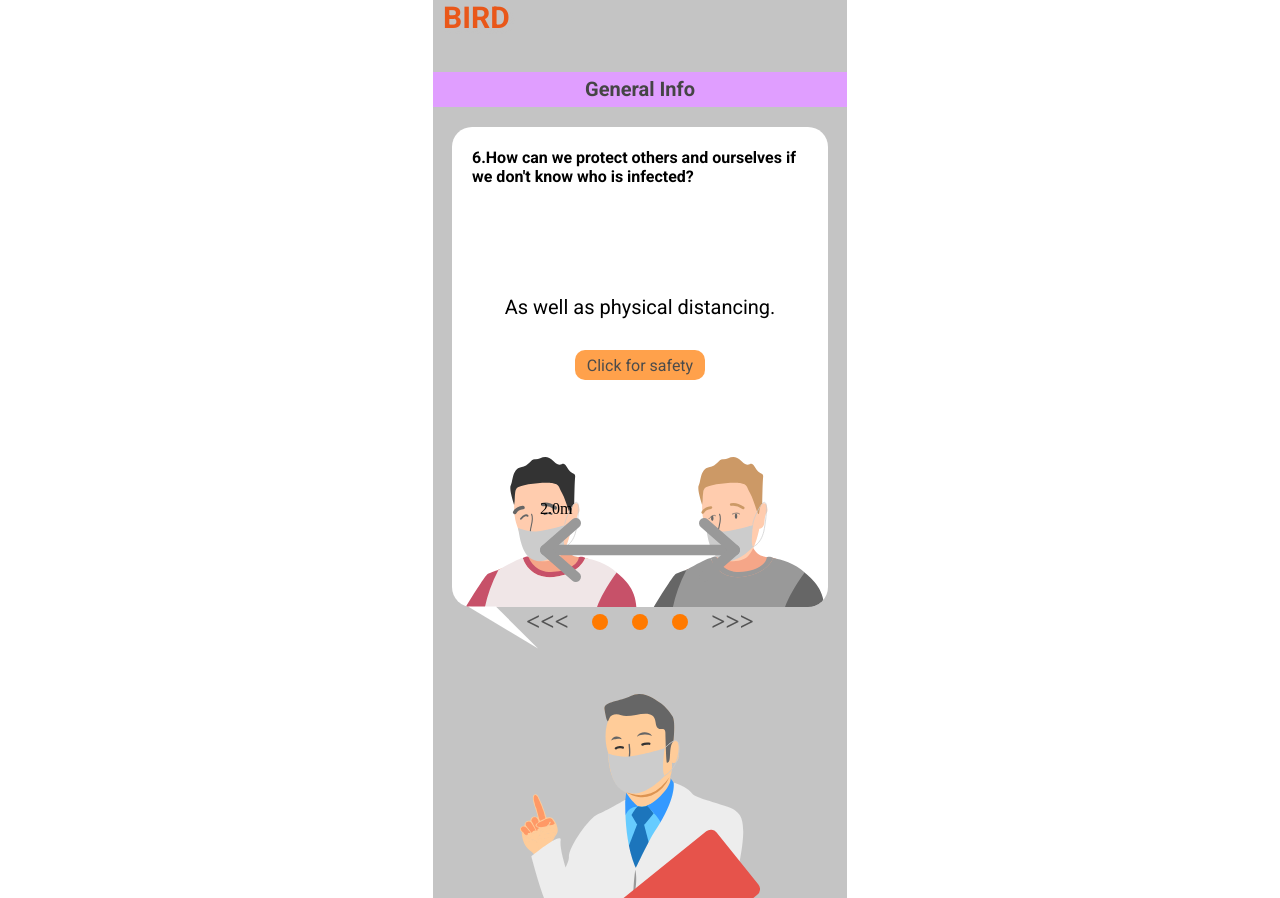
Repository: Levic559/BIRD
Page: General_info-6/3.html
An editor plug-in stored every save of this project. The page is shown before and after the next save, followed by the edit.
The browser window is 1280 px wide. The pictures show the whole page.

Above is the page before, as saved 2021-03-11 01:20:53.
Console error: TypeError: Cannot read properties of null (reading 'style')

After the next save:
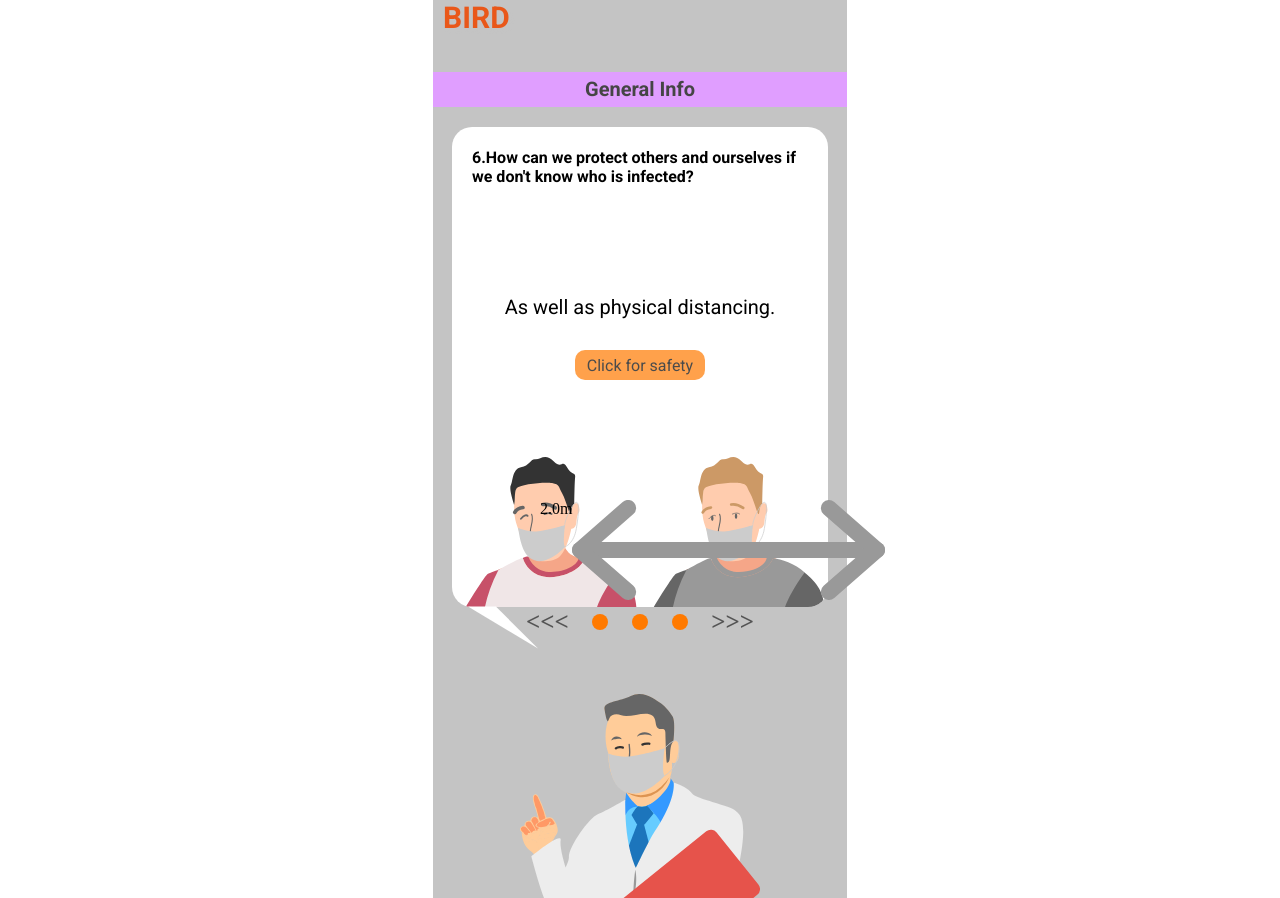
Saved 23 s later.
--- a/General_info-6/3.html
+++ b/General_info-6/3.html
@@ -38,7 +38,8 @@
           width: 200px;
           height: 100px;
           top: 500px;
-
+          display: flex;
+          justify-content: space-around;
         ">
           2.0m
           <img src="../assets/distancing.svg">
